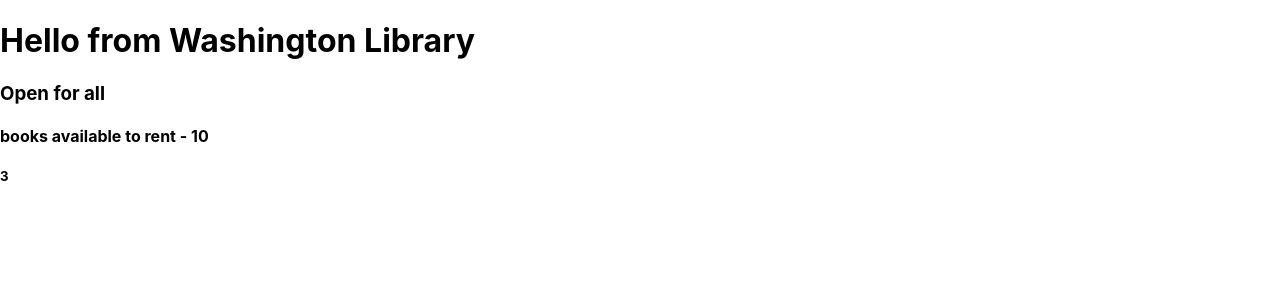
Repository: CaptainStorm21/intro-react-hooks
Page: /
An editor plug-in stored every save of this project. The page is shown before and after the next save, followed by the edit.
The browser window is 1280 px wide. The pictures show the whole page.
The project was rebuilt for these pictures with package versions that can differ from the ones it lists, and the page was loaded fresh each time.

Above is the page before, as saved 2020-05-24 22:12:33.

### src/index.js
import React from "react";
import ReactDOM from "react-dom";
import "./index.css";

import * as serviceWorker from "./serviceWorker";

function Hello(props) {
  console.log(props);
  console.log(Object.keys(props));
  return (
    <div>
      <h1>Hello from {props.library}</h1>
      <h3>{props.message}</h3>
      <h4> books available to rent - {props.books}</h4>
      <h5>{Object.keys(props).length}</h5>
    </div>
  )
}

// function Hello() {
//   return (
//     <div>
//       <p> rendering is happening </p>
//       <h1>Hello world!</h1>
//     </div>
//   )
// }
ReactDOM.render(
  //  React.createElement("h1", null, "Hello"),
  // React.createElement("h1", { style: { color: "red" } }, "Hello"),
  // React.createElement("div", { style: { color: "blue" } },
  // React.createElement("h1", null, "Morning")  ),
  // <ul>
  //   <li>Pizza</li>
  //   <li>Sushi</li>
  // </ul>,
  // /* <Hello></Hello>, */
  <Hello library="Washington Library" message="Open for all " books={10}/>,
  document.getElementById("root")
);

Loaded but not shown: public/index.html (common file); src/index.css (common file); src/serviceWorker.js (common file)

After the next save:
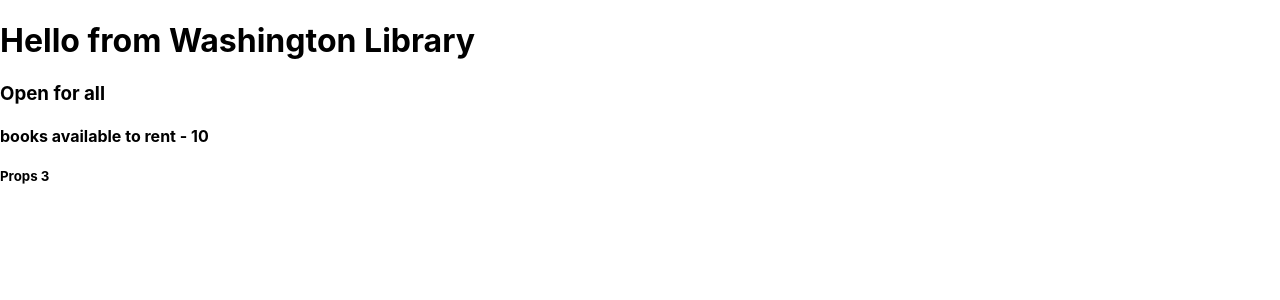
Saved 9 s later.
--- a/src/index.js
+++ b/src/index.js
@@ -12,7 +12,7 @@ function Hello(props) {
       <h1>Hello from {props.library}</h1>
       <h3>{props.message}</h3>
       <h4> books available to rent - {props.books}</h4>
-      <h5>{Object.keys(props).length}</h5>
+      <h5>Props {Object.keys(props).length}</h5>
     </div>
   )
 }
